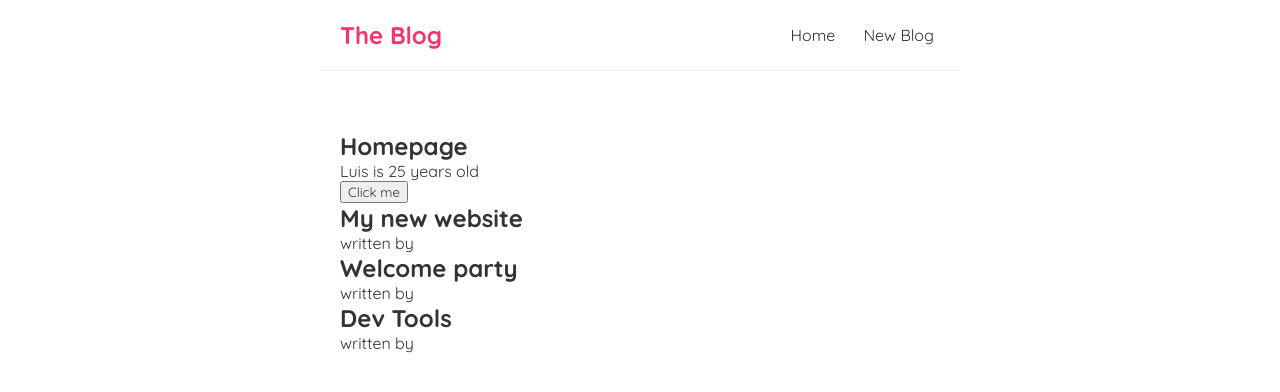
Repository: castilla-aurela/react-blog
Page: /
An editor plug-in stored every save of this project. The page is shown before and after a run of saves, followed by the edit.
The browser window is 1280 px wide. The pictures show the whole page.
The project was rebuilt for these pictures with package versions that can differ from the ones it lists, and the page was loaded fresh each time.

Above is the page before, as saved 2022-02-17 16:50:03.

### src/index.css
@import url('https://fonts.googleapis.com/css2?family=Quicksand:wght@300;400;500;600;700&display=swap');

/* base styles */

* {
  margin: 0;
  font-family: "Quicksand";
  color: #333;
}

.navbar {
  padding: 20px;
  display: flex;
  align-items: center;
  max-width: 600px;
  margin: 0 auto;
  border-bottom: 1px solid #f2f2f2;
}
.navbar h1 {
  color: #f1356d;
}
.navbar .links {
  margin-left: auto;
}
.navbar a {
  margin-left: 16px;
  text-decoration: none;
  padding: 6px;
}
.navbar a:hover {
  color: #f1356d;
}
.content {
  max-width: 600px;
  margin: 40px auto;
  padding: 20px;

}

### src/App.js

import Home from './Home';
import Navbar from './Navbar';


function App() {
  return (
    <div className="App">
      <Navbar/>
      <div className='content'>
        <Home/>
      </div>
    </div>
  );
}

export default App;

### src/Home.js
import { useState } from "react";

const Home = () => {
    //let name = 'Luis'
    const [name, setName] = useState('Luis');
    const [age, setAge] = useState(25);
    const [blogs, setBlogs] = useState([
        {tittle: 'My new website', body: 'lorem ipsum ...', author: 'Luis', id: 1},
        {tittle: 'Welcome party', body: 'lorem ipsum ...', author: 'Fernando', id: 2},
        {tittle: 'Dev Tools', body: 'lorem ipsum ...', author: 'Mary', id: 3},
    ]);

    const handleClick = () =>{
        //name = "Fernando";
        //console.log(name)
        setName('Fernando');
        setAge(30);
    }

    return (
        <div className="home">
            <h2>Homepage</h2>
            <p>{ name } is { age } years old</p>
            <button onClick={handleClick}>Click me</button>
            {blogs.map((blog)=>(
                <div className="blog-preview" key={blog.id}>
                    <h2>{ blog.tittle}</h2>
                    <p>written by { }</p>
                </div>
                ))}
        </div>
     );
}

export default Home;

### src/Navbar.js
const Navbar = () => {
    return (
        <nav className="navbar">
            <h1>The Blog</h1>
            <div className="links">
                <a href="/">Home</a>
                <a href="/create" >New Blog</a>
            </div>
        </nav>

     );
}

export default Navbar;

Loaded but not shown: public/index.html (common file); src/index.js (common file)

After the next 5 saves:
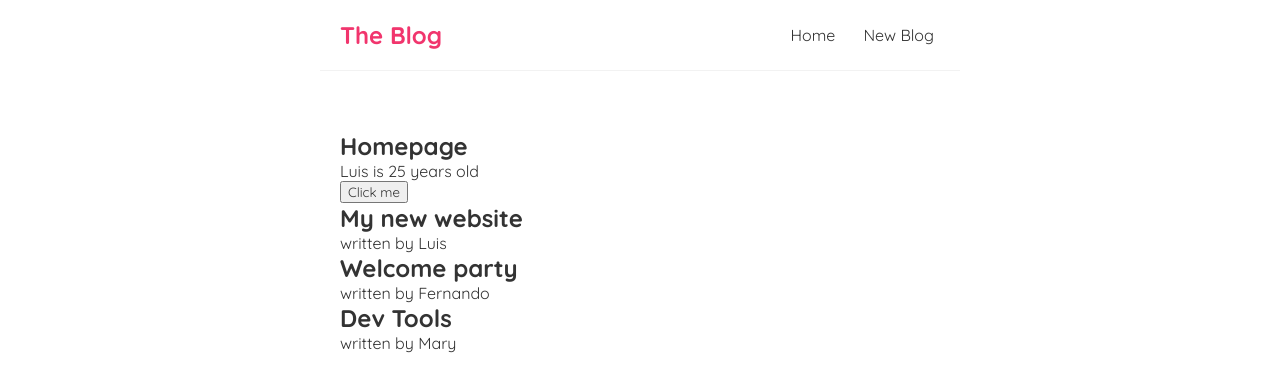
The 5 saves are shown as one change because they came seconds apart.
The last was saved 12 s later.
--- a/src/Home.js
+++ b/src/Home.js
@@ -24,8 +24,8 @@ const Home = () => {
             <button onClick={handleClick}>Click me</button>
             {blogs.map((blog)=>(
                 <div className="blog-preview" key={blog.id}>
-                    <h2>{ blog.tittle}</h2>
-                    <p>written by { }</p>
+                    <h2>{ blog.tittle }</h2>
+                    <p>written by { blog.author }</p>
                 </div>
                 ))}
         </div>
